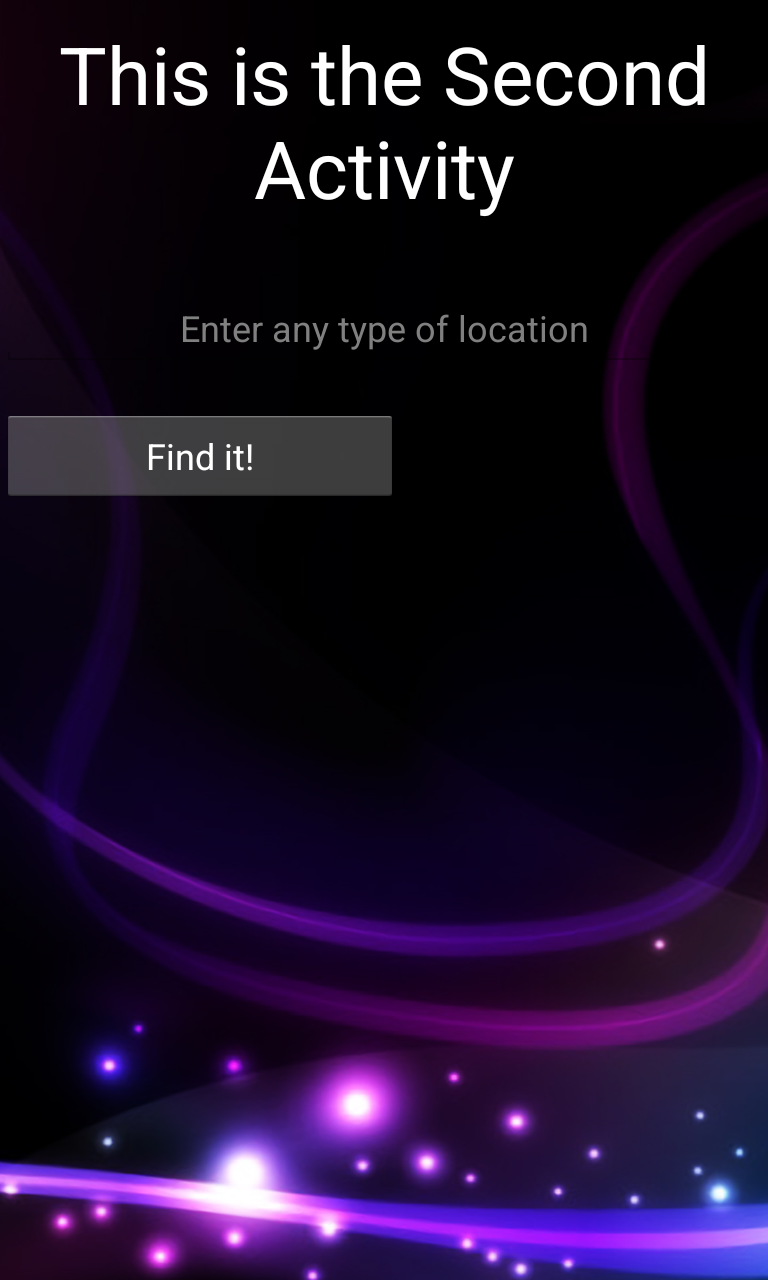
Repository: fsoDannis/workspace
Layout: findIt_3/res/layout/second.xml
An editor plug-in stored every save of this project. The layout is shown before and after the next save, followed by the edit.
It is drawn on a 768 x 1280 px phone screen (xhdpi) without system bars, with theme AppTheme; the app's code is not run.

Above is the layout before, as saved 2013-02-15 03:00:40.

### findIt_3/res/layout/second.xml
<?xml version="1.0" encoding="utf-8"?>
<LinearLayout xmlns:android="http://schemas.android.com/apk/res/android"
    android:layout_width="match_parent"
    android:layout_height="match_parent"
    android:background="@drawable/background2"
    android:orientation="vertical" >

    <TextView
        android:id="@+id/textView1"
        android:layout_width="fill_parent"
        android:layout_height="wrap_content"
        android:gravity="center"
        android:layout_marginBottom="10dp"
        android:paddingTop="10dp"
        android:text="This is the Second Activity"
        android:textColor="#FFFFFF"
        android:textSize="40sp" />


    <EditText
        android:id="@+id/editText1"
        android:layout_width="match_parent"
        android:layout_height="wrap_content"
        android:layout_alignParentLeft="true"
        android:layout_marginTop="24dp"
        android:ems="10"
        android:gravity="center_vertical|center_horizontal"
        android:hint="Enter any type of location"
        android:textColor="#FFFFFF" />


        <Button
        android:id="@+id/button1"
        android:layout_width="wrap_content"
        android:layout_height="wrap_content"
        android:layout_centerHorizontal="true"
        android:layout_marginTop="20dp"
        android:width="200dp"
        android:text="Find it!"
        android:textColor="#FFFFFF" />

<!-- <LinearLayout  -->
<!--     android:layout_width="match_parent" -->
<!--     android:layout_height="match_parent" -->
<!--     android:orientation="vertical" > -->

<!--     <TextView -->
<!--         android:id="@+id/nameLabel" -->
<!--         android:layout_width="wrap_content" -->
<!--         android:layout_height="wrap_content" -->
<!--         android:layout_marginTop="25dp" -->
<!--         android:textColor="#FFFFFF" -->
<!--         android:text="Name: " /> -->

<!--     <TextView -->
<!--         android:id="@+id/_name" -->
<!--         android:layout_width="wrap_content" -->
<!--         android:layout_height="wrap_content" -->
<!--         android:textColor="#FFFFFF" -->
<!--         android:text="TextView" /> -->

<!--     <TextView -->
<!--         android:id="@+id/addresssLabel" -->
<!--         android:layout_width="wrap_content" -->
<!--         android:layout_height="wrap_content" -->
<!--         android:textColor="#FFFFFF" -->
<!--         android:text="Address: " /> -->

<!--     <TextView -->
<!--         android:id="@+id/_address" -->
<!--         android:layout_width="wrap_content" -->
<!--         android:layout_height="wrap_content" -->
<!--         android:layout_below="@+id/_name" -->
<!--         android:textColor="#FFFFFF" -->
<!--         android:text="TextView" /> -->

<!--     <TextView -->
<!--         android:id="@+id/phoneLabel" -->
<!--         android:layout_width="wrap_content" -->
<!--         android:layout_height="wrap_content" -->
<!--         android:textColor="#FFFFFF" -->
<!--         android:text="Phone: " /> -->

<!--     <TextView -->
<!--         android:id="@+id/_phone" -->
<!--         android:layout_width="wrap_content" -->
<!--         android:layout_height="wrap_content" -->
<!--         android:textColor="#FFFFFF" -->
<!--         android:text="TextView" /> -->

<!--     <TextView -->
<!--         android:id="@+id/distanceLabel" -->
<!--         android:layout_width="wrap_content" -->
<!--         android:layout_height="wrap_content" -->
<!--         android:textColor="#FFFFFF" -->
<!--         android:text="Distance: " /> -->

<!--     <TextView -->
<!--         android:id="@+id/_distance" -->
<!--         android:layout_width="wrap_content" -->
<!--         android:layout_height="wrap_content" -->
<!--         android:textColor="#FFFFFF" -->
<!--         android:text="TextView" /> -->


<!-- </LinearLayout> -->



<!--     <Button -->
<!--         android:id="@+id/button2" -->
<!--         android:layout_width="wrap_content" -->
<!--         android:layout_height="wrap_content" -->
<!--         android:layout_centerHorizontal="true" -->
<!--         android:text="Go to the Web" -->
<!--         android:textColor="#FFFFFF" /> -->

</LinearLayout>

Loaded but not shown: findIt_3/res/values/styles.xml (common file); findIt_3/res/values-v11/styles.xml (common file); findIt_3/res/values-v14/styles.xml (common file)

After the next save:
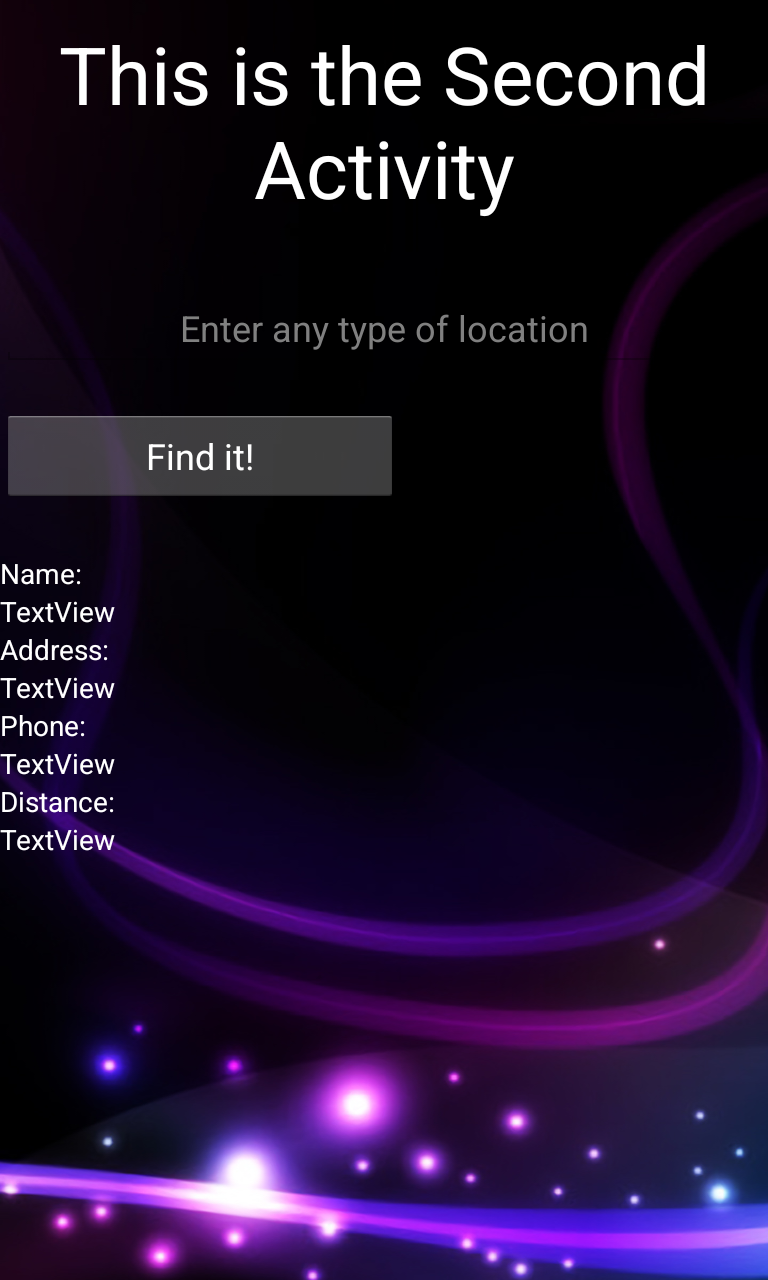
Saved 49 s later.
--- a/findIt_3/res/layout/second.xml
+++ b/findIt_3/res/layout/second.xml
@@ -39,80 +39,80 @@
         android:text="Find it!"
         android:textColor="#FFFFFF" />
 
-<!-- <LinearLayout  -->
-<!--     android:layout_width="match_parent" -->
-<!--     android:layout_height="match_parent" -->
-<!--     android:orientation="vertical" > -->
+<LinearLayout
+    android:layout_width="match_parent"
+    android:layout_height="match_parent"
+    android:orientation="vertical" >
 
-<!--     <TextView -->
-<!--         android:id="@+id/nameLabel" -->
-<!--         android:layout_width="wrap_content" -->
-<!--         android:layout_height="wrap_content" -->
-<!--         android:layout_marginTop="25dp" -->
-<!--         android:textColor="#FFFFFF" -->
-<!--         android:text="Name: " /> -->
+    <TextView
+        android:id="@+id/nameLabel"
+        android:layout_width="wrap_content"
+        android:layout_height="wrap_content"
+        android:layout_marginTop="25dp"
+        android:textColor="#FFFFFF"
+        android:text="Name: " />
 
-<!--     <TextView -->
-<!--         android:id="@+id/_name" -->
-<!--         android:layout_width="wrap_content" -->
-<!--         android:layout_height="wrap_content" -->
-<!--         android:textColor="#FFFFFF" -->
-<!--         android:text="TextView" /> -->
+    <TextView
+        android:id="@+id/_name"
+        android:layout_width="wrap_content"
+        android:layout_height="wrap_content"
+        android:textColor="#FFFFFF"
+        android:text="TextView" />
 
-<!--     <TextView -->
-<!--         android:id="@+id/addresssLabel" -->
-<!--         android:layout_width="wrap_content" -->
-<!--         android:layout_height="wrap_content" -->
-<!--         android:textColor="#FFFFFF" -->
-<!--         android:text="Address: " /> -->
+    <TextView
+        android:id="@+id/addresssLabel"
+        android:layout_width="wrap_content"
+        android:layout_height="wrap_content"
+        android:textColor="#FFFFFF"
+        android:text="Address: " />
 
-<!--     <TextView -->
-<!--         android:id="@+id/_address" -->
-<!--         android:layout_width="wrap_content" -->
-<!--         android:layout_height="wrap_content" -->
-<!--         android:layout_below="@+id/_name" -->
-<!--         android:textColor="#FFFFFF" -->
-<!--         android:text="TextView" /> -->
+    <TextView
+        android:id="@+id/_address"
+        android:layout_width="wrap_content"
+        android:layout_height="wrap_content"
+        android:layout_below="@+id/_name"
+        android:textColor="#FFFFFF"
+        android:text="TextView" />
 
-<!--     <TextView -->
-<!--         android:id="@+id/phoneLabel" -->
-<!--         android:layout_width="wrap_content" -->
-<!--         android:layout_height="wrap_content" -->
-<!--         android:textColor="#FFFFFF" -->
-<!--         android:text="Phone: " /> -->
+    <TextView
+        android:id="@+id/phoneLabel"
+        android:layout_width="wrap_content"
+        android:layout_height="wrap_content"
+        android:textColor="#FFFFFF"
+        android:text="Phone: " />
 
-<!--     <TextView -->
-<!--         android:id="@+id/_phone" -->
-<!--         android:layout_width="wrap_content" -->
-<!--         android:layout_height="wrap_content" -->
-<!--         android:textColor="#FFFFFF" -->
-<!--         android:text="TextView" /> -->
+    <TextView
+        android:id="@+id/_phone"
+        android:layout_width="wrap_content"
+        android:layout_height="wrap_content"
+        android:textColor="#FFFFFF"
+        android:text="TextView" />
 
-<!--     <TextView -->
-<!--         android:id="@+id/distanceLabel" -->
-<!--         android:layout_width="wrap_content" -->
-<!--         android:layout_height="wrap_content" -->
-<!--         android:textColor="#FFFFFF" -->
-<!--         android:text="Distance: " /> -->
+    <TextView
+        android:id="@+id/distanceLabel"
+        android:layout_width="wrap_content"
+        android:layout_height="wrap_content"
+        android:textColor="#FFFFFF"
+        android:text="Distance: " />
 
-<!--     <TextView -->
-<!--         android:id="@+id/_distance" -->
-<!--         android:layout_width="wrap_content" -->
-<!--         android:layout_height="wrap_content" -->
-<!--         android:textColor="#FFFFFF" -->
-<!--         android:text="TextView" /> -->
+    <TextView
+        android:id="@+id/_distance"
+        android:layout_width="wrap_content"
+        android:layout_height="wrap_content"
+        android:textColor="#FFFFFF"
+        android:text="TextView" />
 
 
-<!-- </LinearLayout> -->
+</LinearLayout>
 
 
 
-<!--     <Button -->
-<!--         android:id="@+id/button2" -->
-<!--         android:layout_width="wrap_content" -->
-<!--         android:layout_height="wrap_content" -->
-<!--         android:layout_centerHorizontal="true" -->
-<!--         android:text="Go to the Web" -->
-<!--         android:textColor="#FFFFFF" /> -->
+    <Button
+        android:id="@+id/button2"
+        android:layout_width="wrap_content"
+        android:layout_height="wrap_content"
+        android:layout_centerHorizontal="true"
+        android:text="Go to the Web"
+        android:textColor="#FFFFFF" />
 
 </LinearLayout>
